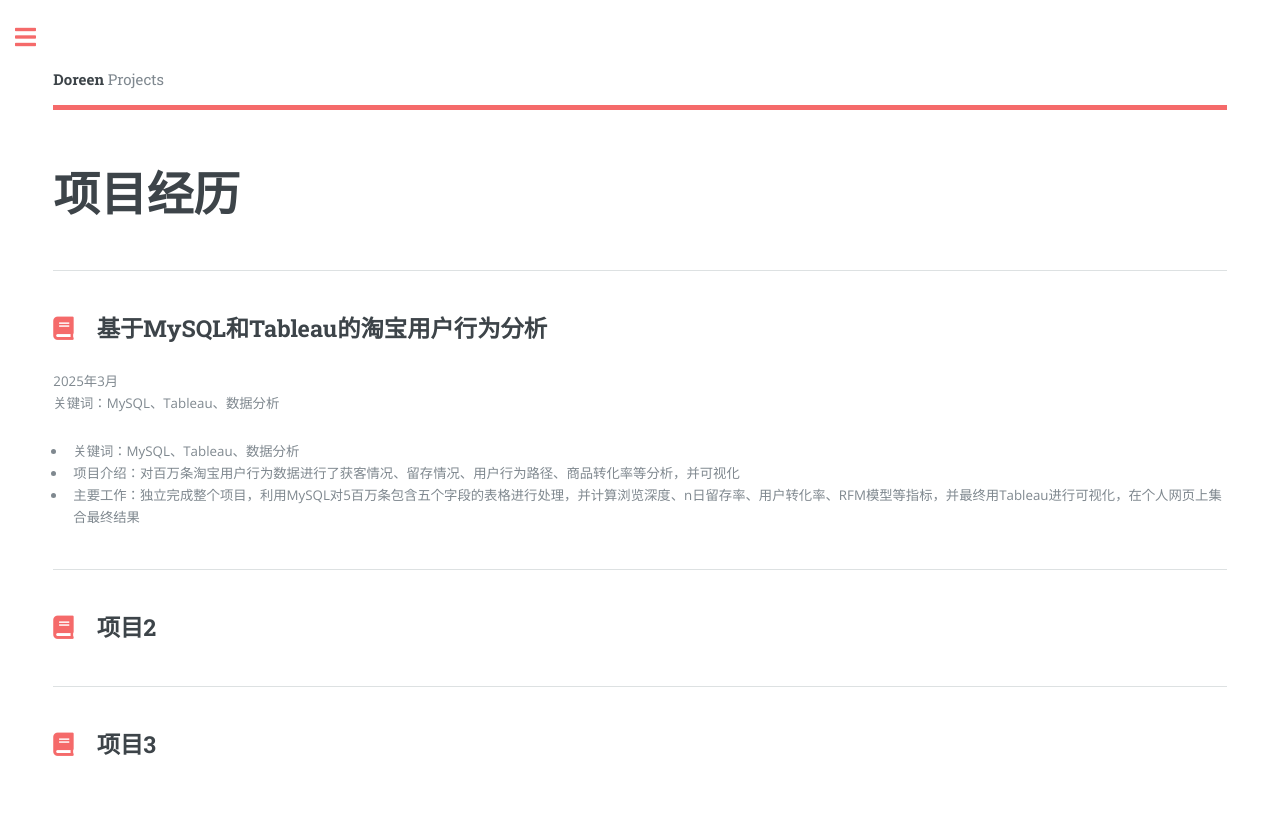
Repository: Hpz3859/Hpz3859.github.io
Page: projects.html
An editor plug-in stored every save of this project. The page is shown before and after the next save, followed by the edit.
The browser window is 1280 px wide. The pictures show the whole page.

Above is the page before, as saved 2025-03-31 21:00:32.

### projects.html
<!DOCTYPE HTML>
<!--
	Editorial by HTML5 UP
	html5up.net | @ajlkn
	Free for personal and commercial use under the CCA 3.0 license (html5up.net/license)
-->
<html>
	<head>
		<title>Doreen MySQL note</title>
		<meta charset="utf-8" />
		<meta name="viewport" content="width=device-width, initial-scale=1, user-scalable=no" />
		<link rel="stylesheet" href="assets/css/main.css" />
	</head>
	<body class="is-preload">

		<!-- Wrapper -->
			<div id="wrapper">

				<!-- Main -->
					<div id="main">
						<div class="inner">

							<!-- Header -->
								<header id="header">
									<a href="projects.html" class="logo"><strong>Doreen</strong> Projects</a>
									<!--
									<ul class="icons">
										<li><a href="#" class="icon brands fa-twitter"><span class="label">Twitter</span></a></li>
										<li><a href="#" class="icon brands fa-facebook-f"><span class="label">Facebook</span></a></li>
										<li><a href="#" class="icon brands fa-snapchat-ghost"><span class="label">Snapchat</span></a></li>
										<li><a href="#" class="icon brands fa-instagram"><span class="label">Instagram</span></a></li>
										<li><a href="#" class="icon brands fa-medium-m"><span class="label">Medium</span></a></li>
									</ul>
									-->
								</header>

							<!-- Content -->
							<section>
								<header class="main">
									<h1>项目经历</h1>
								</header>
									<!-- Content -->
									<hr class="major" />

									<div class="content">
										<h2>
											<span class="icon solid fa-book" style="color: #f56a6a;"></span>
											&nbsp;&nbsp;
											<a href="#" class="logo">基于MySQL和Tableau的淘宝用户行为分析</a>
										</h2>
										2025年3月
										<p>关键词：MySQL、Tableau、数据分析</p>
										<ul>
											<li>关键词：MySQL、Tableau、数据分析</li>
											<li>项目介绍：对百万条淘宝用户行为数据进行了获客情况、留存情况、用户行为路径、商品转化率等分析，并可视化</li>
											<li>主要工作：独立完成整个项目，利用MySQL对5百万条包含五个字段的表格进行处理，并计算浏览深度、n日留存率、用户转化率、RFM模型等指标，并最终用Tableau进行可视化，在个人网页上集合最终结果</li>
										</ul>

										<div class='tableauPlaceholder' id='viz1743403952021' style='position: relative'><noscript><a href='#'><img alt='淘宝用户行为分析 ' src='https:&#47;&#47;public.tableau.com&#47;static&#47;images&#47;8R&#47;8R4YM3R4Z&#47;1_rss.png' style='border: none' /></a></noscript><object class='tableauViz'  style='display:none;'><param name='host_url' value='https%3A%2F%2Fpublic.tableau.com%2F' /> <param name='embed_code_version' value='3' /> <param name='path' value='shared&#47;8R4YM3R4Z' /> <param name='toolbar' value='yes' /><param name='static_image' value='https:&#47;&#47;public.tableau.com&#47;static&#47;images&#47;8R&#47;8R4YM3R4Z&#47;1.png' /> <param name='animate_transition' value='yes' /><param name='display_static_image' value='yes' /><param name='display_spinner' value='yes' /><param name='display_overlay' value='yes' /><param name='display_count' value='yes' /><param name='language' value='zh-CN' /></object></div>                <script type='text/javascript'>                    var divElement = document.getElementById('viz1743403952021');                    var vizElement = divElement.getElementsByTagName('object')[0];                    if ( divElement.offsetWidth > 800 ) { vizElement.style.width='800px';vizElement.style.height='827px';} else if ( divElement.offsetWidth > 500 ) { vizElement.style.width='800px';vizElement.style.height='827px';} else { vizElement.style.width='100%';vizElement.style.height='3127px';}                     var scriptElement = document.createElement('script');                    scriptElement.src = 'https://public.tableau.com/javascripts/api/viz_v1.js';                    vizElement.parentNode.insertBefore(scriptElement, vizElement);                </script>
									</div>


									<hr class="major" />

									<div class="content">
										<h2>
											<span class="icon solid fa-book" style="color: #f56a6a;"></span>
											&nbsp;&nbsp;
											<a href="#" class="logo">项目2</a>
										</h2>
									</div>

									<hr class="major" />

									<div class="content">
										<h2>
											<span class="icon solid fa-book" style="color: #f56a6a;"></span>
											&nbsp;&nbsp;
											<a href="#" class="logo">项目3</a>
										</h2>
									</div>


							</section>

						</div>
					</div>

				<!-- Sidebar -->
					<div id="sidebar">
						<div class="inner">

							<!-- Search -->
								<section id="search" class="alt">
									<form method="post" action="#">
										<input type="text" name="query" id="query" placeholder="Search" />
									</form>
								</section>

							<!-- Menu -->
								<nav id="menu">
									<header class="major">
										<h2>目录</h2>
									</header>
									<ul>
										<li><a href="./index.html">主页</a></li>
										<li>
											<span class="opener">文章</span>
											<ul>
												<li><a href="experience.html">过往经历</a></li>
												<li><a href="#">数据挖掘</a></li>
												<li><a href="#">量化与投资</a></li>
												<li><a href="moments.html">随笔</a></li>
											</ul>
										</li>
										<li>
											<span class="opener">视频</span>
											<ul>
												<li><a href="#">待更新</a></li>
												<li><a href="#">待更新</a></li>
											</ul>
										</li>

									</ul>
								</nav>



							<!-- Footer -->
							 <!--
								<footer id="footer">
									<p class="copyright">&copy; Untitled. All rights reserved. Demo Images: <a href="https://unsplash.com">Unsplash</a>. Design: <a href="https://html5up.net">HTML5 UP</a>.</p>
								</footer>
							-->

						</div>
					</div>

			</div>

		<!-- Scripts -->
			<script src="assets/js/jquery.min.js"></script>
			<script src="assets/js/browser.min.js"></script>
			<script src="assets/js/breakpoints.min.js"></script>
			<script src="assets/js/util.js"></script>
			<script src="assets/js/main.js"></script>

	</body>
</html>

Loaded but not shown: assets/js/jquery.min.js (library); assets/js/browser.min.js (common file); assets/js/breakpoints.min.js (common file); assets/css/fontawesome-all.min.css (library); assets/js/util.js (587 lines, source omitted); assets/js/main.js (262 lines, source omitted); assets/css/main.css (2283 lines, source omitted)

After the next save:
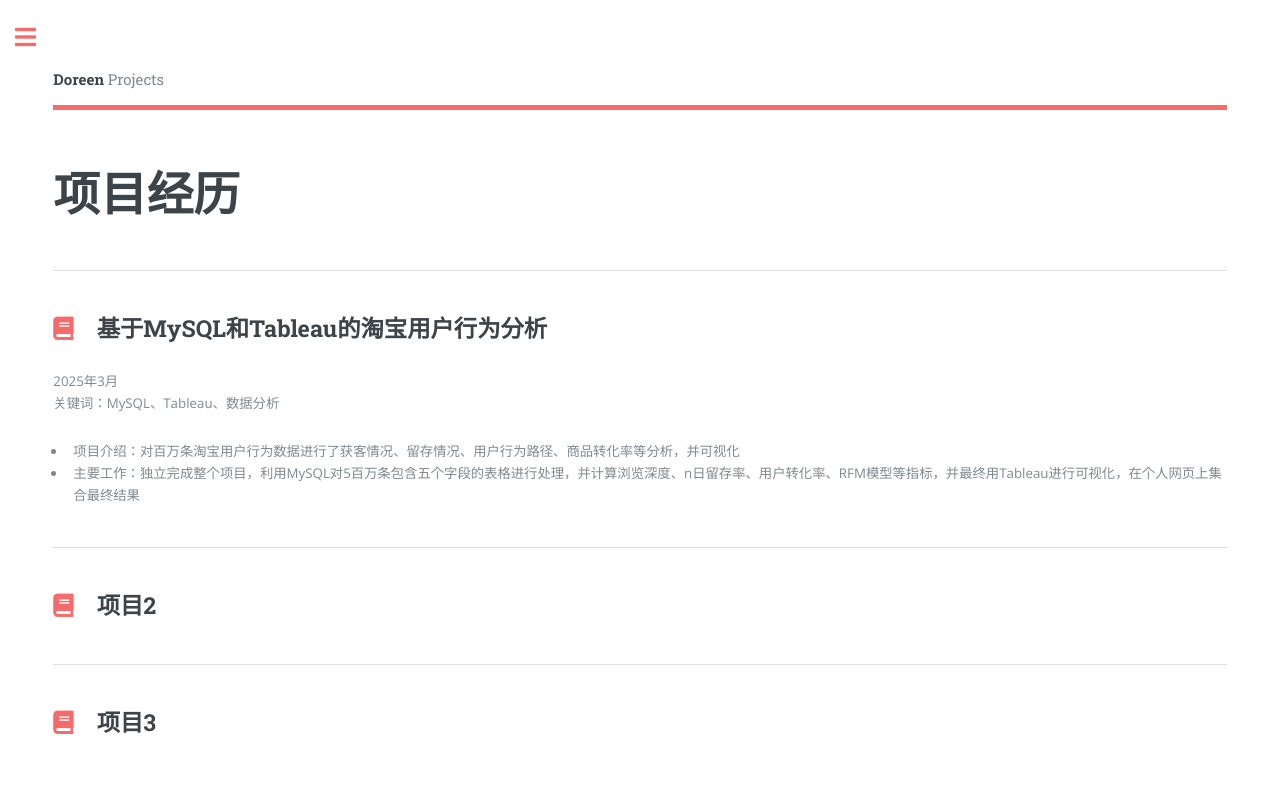
Saved 12 s later.
--- a/projects.html
+++ b/projects.html
@@ -51,7 +51,6 @@
 										2025年3月
 										<p>关键词：MySQL、Tableau、数据分析</p>
 										<ul>
-											<li>关键词：MySQL、Tableau、数据分析</li>
 											<li>项目介绍：对百万条淘宝用户行为数据进行了获客情况、留存情况、用户行为路径、商品转化率等分析，并可视化</li>
 											<li>主要工作：独立完成整个项目，利用MySQL对5百万条包含五个字段的表格进行处理，并计算浏览深度、n日留存率、用户转化率、RFM模型等指标，并最终用Tableau进行可视化，在个人网页上集合最终结果</li>
 										</ul>
